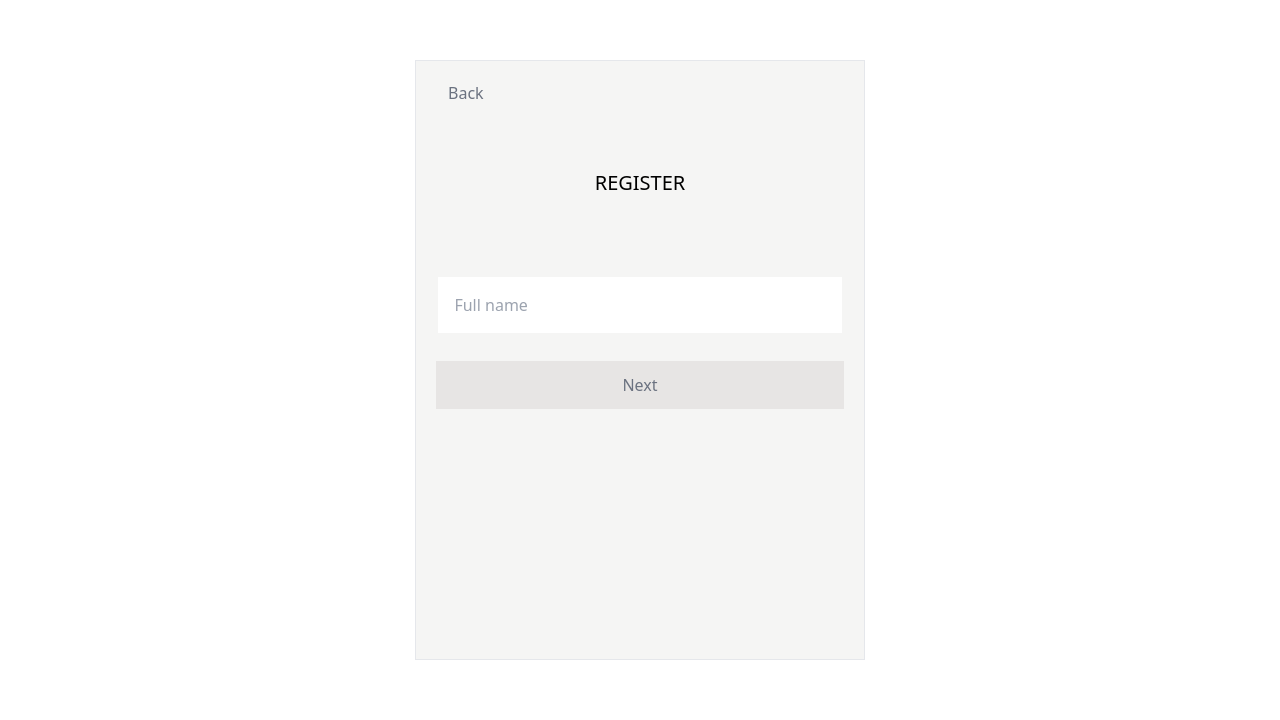
Repository: hsumyatm7308/oop-loginregister-php
Page: login.html
These files come from the project's save history. The page is drawn as it stood at one moment and after the next save; the edit follows.
The browser window is 1280 px wide. The pictures show the whole page.
Some web libraries are served in a nearby version.

Above is the page before, as saved 2023-08-01 15:06:48.

After the next save:
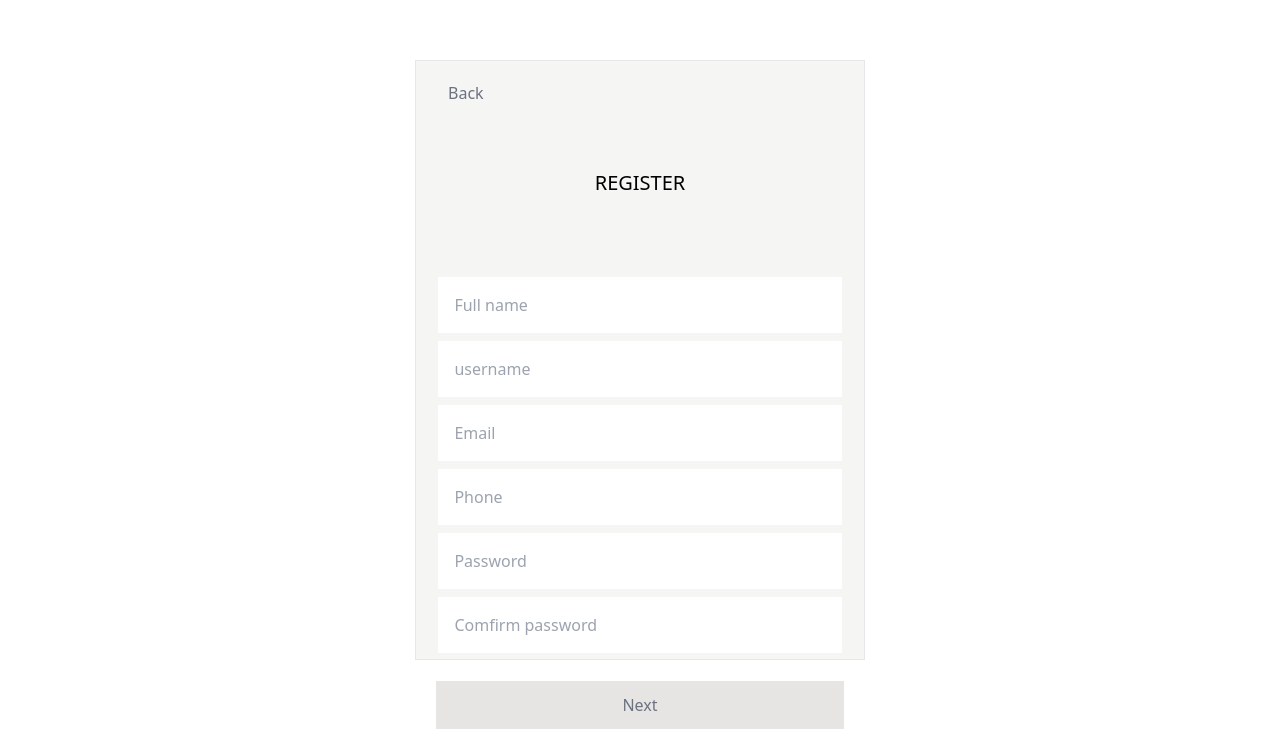
Saved 19 s later.
--- a/login.html
+++ b/login.html
@@ -20,22 +20,22 @@
         <h1 class="text-xl text-black uppercase mt-16">Register</h1>
 
         <form action="" id="form" class="w-full flex justify-center items-center flex-col mt-20">
-            <div class="page w-full flex justify-center items-center hidden">
+            <div class="page w-full flex justify-center items-center ">
                 <input type="text" class="w-[90%] p-4 mb-2 focus:outline-none" placeholder="Full name">
             </div>
-            <div class="page w-full flex justify-center items-center hidden">
+            <div class="page w-full flex justify-center items-center ">
                 <input type="text" class="w-[90%] p-4 mb-2 focus:outline-none" placeholder="username">
             </div>
-            <div class="page w-full flex justify-center items-center hidden">
+            <div class="page w-full flex justify-center items-center ">
                 <input type="text" class="w-[90%] p-4 mb-2 focus:outline-none" placeholder="Email">
             </div>
-            <div class="page w-full flex justify-center items-center hidden">
+            <div class="page w-full flex justify-center items-center ">
                 <input type="text" class="w-[90%] p-4 mb-2 focus:outline-none" placeholder="Phone">
             </div>
-            <div class="page w-full flex justify-center items-center hidden">
+            <div class="page w-full flex justify-center items-center ">
                 <input type="text" class="w-[90%] p-4 mb-2 focus:outline-none" placeholder="Password">
             </div>
-            <div class="page w-full flex justify-center items-center hidden">
+            <div class="page w-full flex justify-center items-center ">
                 <input type="text" class="w-[90%] p-4 mb-2 focus:outline-none" placeholder="Comfirm password">
             </div>
 
